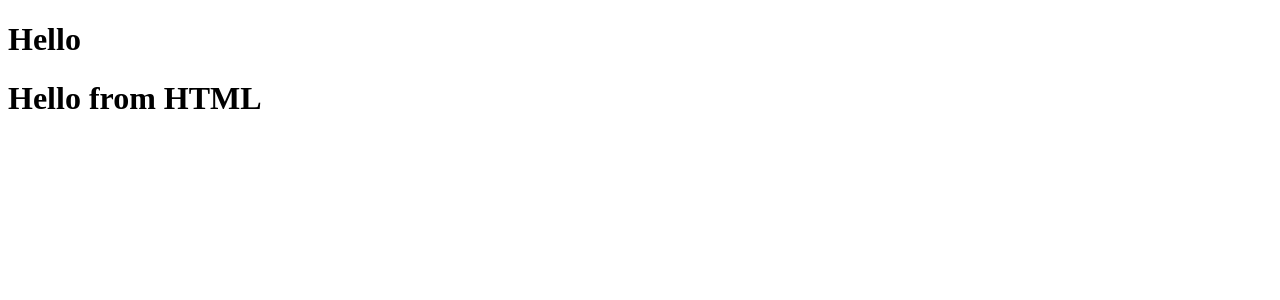
Repository: MaheshAwaji/JavaProjects
Page: servelet1/src/main/webapp/WEB-INF/servelet2.html
An editor plug-in stored every save of this project. The page is shown before and after the next save, followed by the edit.
The browser window is 1280 px wide. The pictures show the whole page.

Above is the page before, as saved 2024-06-28 12:16:51.

After the next save:
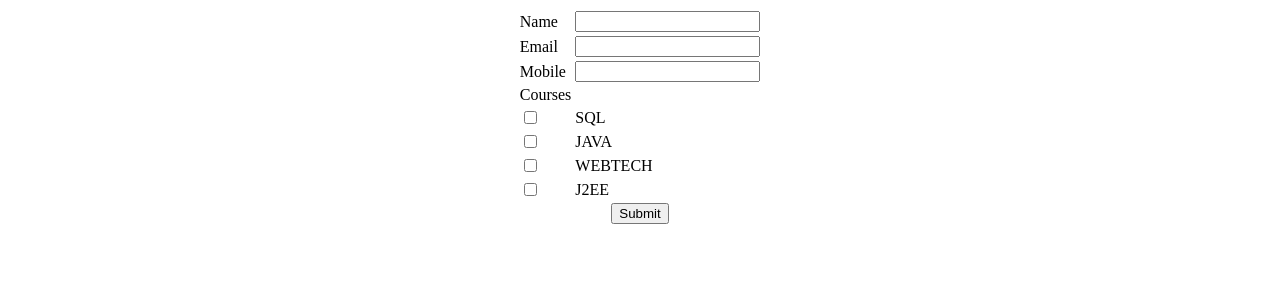
Saved 2 min 18 s later.
--- a/servelet1/src/main/webapp/WEB-INF/servelet2.html
+++ b/servelet1/src/main/webapp/WEB-INF/servelet2.html
@@ -5,10 +5,43 @@
 <title>Insert title here</title>
 </head>
 <body>
-<h1>Hello</h1>
-	<form action="MyServelet_2" method="post">
-	<h1>Hello from HTML</h1>
-	</form>
-
+	<div align="center">
+		<form action="student_info" method="post">
+			<table>
+				<tr>
+					<td>Name</td>
+					<td><input type="text" name="name"></td>
+				</tr>
+				<tr>
+					<td>Email</td>
+					<td><input type="text" name="email"></td>
+				</tr>
+				<tr>
+					<td>Mobile</td>
+					<td><input type="text" name="mobile"></td>
+				</tr>
+				<tr>
+					<td colspan="1">Courses</td>
+				</tr>
+				<tr>
+					<td><input type="checkbox" name="course" value="SQL"></td>
+					<td>SQL</td>
+				</tr>
+				<tr>
+					<td><input type="checkbox" name="course" value="JAVA"></td>
+					<td>JAVA</td>
+				</tr>
+				<tr>
+					<td><input type="checkbox" name="course" value="WEBTECH"></td>
+					<td>WEBTECH</td>
+				</tr>
+				<tr>
+					<td><input type="checkbox" name="course" value="J2EE"></td>
+					<td>J2EE</td>
+				</tr>
+			</table>
+			<input type="submit" value="Submit">
+		</form>
+	</div>
 </body>
 </html>
